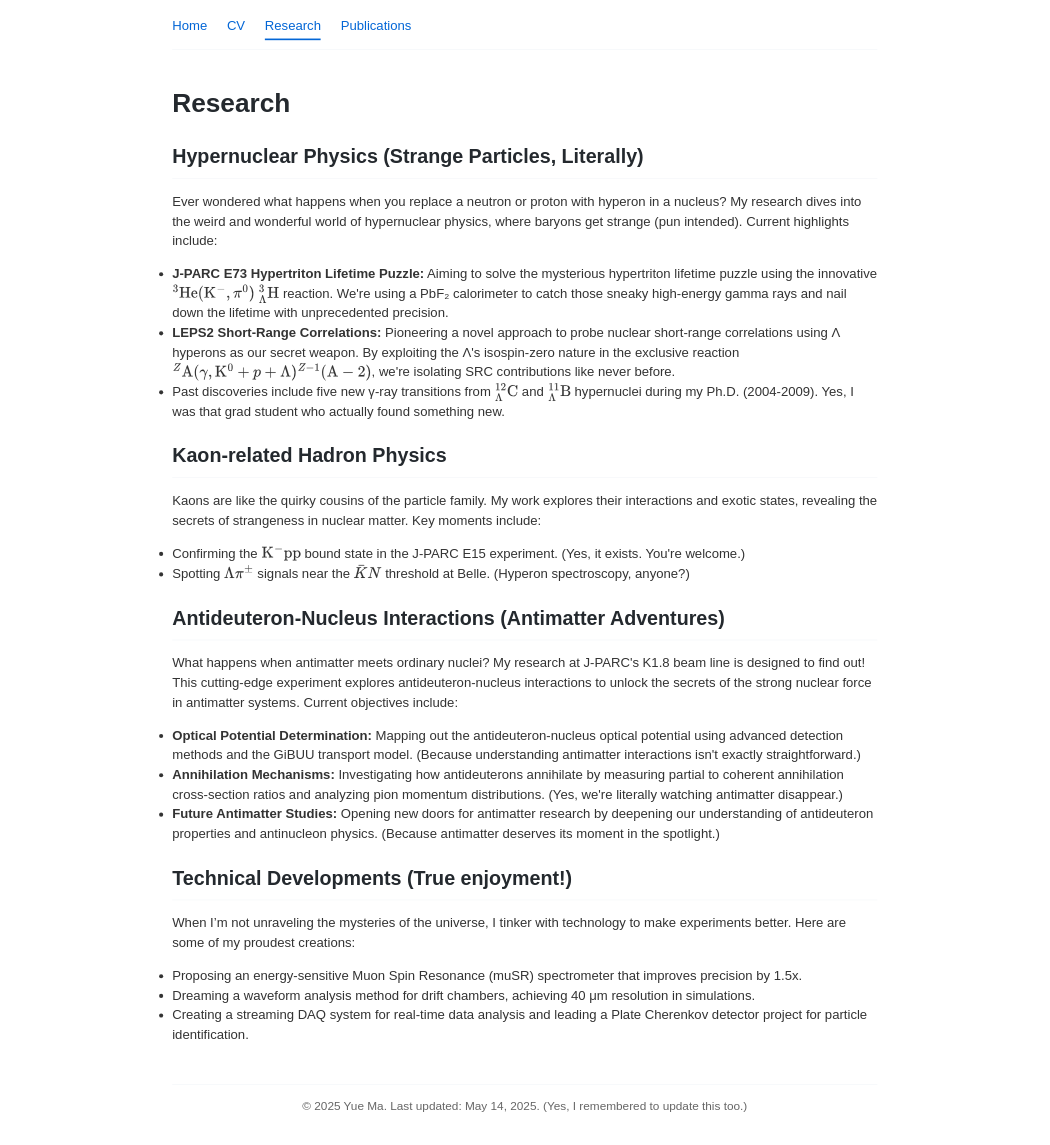
Repository: ymaphys/ymaphys.github.io
Page: research.html
These files come from the project's save history. The page is drawn as it stood at one moment and after the next save; the edit follows.
The browser window is 1280 px wide. The pictures show the whole page, at 82% of full size.

Above is the page before, as saved 2025-05-30 07:39:29.
Console error: TypeError: Cannot set properties of null (setting 'textContent')

### research.html
<!DOCTYPE html>
<html lang="en">
<head>
    <meta charset="UTF-8">
    <meta name="viewport" content="width=device-width, initial-scale=1.0">
    <title>Research - Yue Ma</title>
    <link rel="stylesheet" href="assets/css/style.css">

    <!-- MathJax Configuration -->
    <script>
      MathJax = {
        tex: {
          inlineMath: [['$', '$'], ['\\(', '\\)']],
          displayMath: [['$$', '$$'], ['\\[', '\\]']]
        },
        svg: {
          fontCache: 'global'
        }
      };
    </script>

    <!-- Load MathJax -->
    <script
      type="text/javascript"
      id="MathJax-script"
      async
      src="https://cdn.jsdelivr.net/npm/mathjax@3/es5/tex-svg.js">
    </script>
</head>
<body>
    <header>
        <nav>
            <ul>
                <li><a href="index.html">Home</a></li>
                <li><a href="cv.html">CV</a></li>
                <li><a href="research.html" class="active">Research</a></li>
                <li><a href="publications.html">Publications</a></li>
            </ul>
        </nav>
    </header>

    <main>
        <h1>Research</h1>

        <section id="hypernuclear-physics">
            <h2>Hypernuclear Physics (Strange Particles, Literally)</h2>
            <p>
                Ever wondered what happens when you replace a neutron or proton with hyperon
                in a nucleus?
                My research dives into the weird and wonderful world of hypernuclear physics,
                where baryons get strange (pun intended). Current highlights include:
            </p>
            <ul>
                <li>
                    <strong>J-PARC E73 Hypertriton Lifetime Puzzle:</strong> Aiming to solve the
                    mysterious hypertriton lifetime puzzle using the innovative
                    <span class="math inline">$^3\mathrm{He}(\mathrm{K}^-, \pi^0)$ $_\Lambda^3\mathrm{H}$</span>
                    reaction. We're using a PbF₂ calorimeter to catch those sneaky high-energy gamma rays
                    and nail down the lifetime with unprecedented precision.
                </li>
                <li>
                    <strong>LEPS2 Short-Range Correlations:</strong> Pioneering a novel approach to probe
                    nuclear short-range correlations using Λ hyperons as our secret weapon. By exploiting
                    the Λ's isospin-zero nature in the exclusive reaction
                    <span class="math inline">$^Z\mathrm{A}(\gamma, \mathrm{K}^0 + p + \Lambda)^{Z-1}(\mathrm{A}-2)$</span>,
                    we're isolating SRC contributions like never before.
                </li>
                <li>
                    Past discoveries include five new γ-ray transitions from
                    <span class="math inline">${}_{\Lambda}^{12}\mathrm{C}$</span> and
                    <span class="math inline">${}_{\Lambda}^{11}\mathrm{B}$</span> hypernuclei
                    during my Ph.D. (2004-2009). Yes, I was that grad student who actually found
                    something new.
                </li>
            </ul>
        </section>

        <section id="kaon-related-hadron-physics">
            <h2>Kaon-related Hadron Physics</h2>
            <p>
                Kaons are like the quirky cousins of the particle family. My work explores their
                interactions and exotic states, revealing the secrets of strangeness in nuclear
                matter. Key moments include:
            </p>
            <ul>
                <li>
                    Confirming the <span class="math inline">$\mathrm{K}^{-} \mathrm{pp}$</span>
                    bound state in the J-PARC E15 experiment. (Yes, it exists. You're welcome.)
                </li>
                <li>
                    Spotting <span class="math inline">$\Lambda \pi^{\pm}$</span> signals near the
                    <span class="math inline">$\bar{K}N$</span> threshold at Belle.
                    (Hyperon spectroscopy, anyone?)
                </li>
            </ul>
        </section>

        <section id="antideuteron-experiment">
            <h2>Antideuteron-Nucleus Interactions (Antimatter Adventures)</h2>
            <p>
                What happens when antimatter meets ordinary nuclei? My research at J-PARC's K1.8 beam line
                is designed to find out! This cutting-edge experiment explores antideuteron-nucleus interactions
                to unlock the secrets of the strong nuclear force in antimatter systems. Current objectives include:
            </p>
            <ul>
                <li>
                    <strong>Optical Potential Determination:</strong> Mapping out the antideuteron-nucleus
                    optical potential using advanced detection methods and the GiBUU transport model.
                    (Because understanding antimatter interactions isn't exactly straightforward.)
                </li>
                <li>
                    <strong>Annihilation Mechanisms:</strong> Investigating how antideuterons annihilate
                    by measuring partial to coherent annihilation cross-section ratios and analyzing
                    pion momentum distributions. (Yes, we're literally watching antimatter disappear.)
                </li>
                <li>
                    <strong>Future Antimatter Studies:</strong> Opening new doors for antimatter research
                    by deepening our understanding of antideuteron properties and antinucleon physics.
                    (Because antimatter deserves its moment in the spotlight.)
                </li>
            </ul>
        </section>

        <section id="technical-developments">
            <h2>Technical Developments (True enjoyment!)</h2>
            <p>
                When I’m not unraveling the mysteries of the universe, I tinker with technology
                to make experiments better. Here are some of my proudest creations:
            </p>
            <ul>
                <li>
                    Proposing an energy-sensitive Muon Spin Resonance (muSR) spectrometer that
                    improves precision by 1.5x.
                </li>
                <li>
                    Dreaming a waveform analysis method for drift chambers, achieving 40 μm
                    resolution in simulations.
                </li>
                <li>
                    Creating a streaming DAQ system for real-time data analysis and leading a
                    Plate Cherenkov detector project for particle identification.
                </li>
            </ul>
        </section>

    </main>

    <footer>
        <p>
            &copy; 2025 Yue Ma. Last updated: May 14, 2025.
            (Yes, I remembered to update this too.)
        </p>
    </footer>

    <script src="assets/js/script.js"></script>
</body>
</html>

### assets/css/style.css
/* Minimalist style based on test.html */
* {
    margin: 0;
    padding: 0;
    box-sizing: border-box;
}

body {
    font-family: Arial, sans-serif;
    max-width: 900px;
    margin: 0 auto;
    padding: 20px;
    color: #333;
    line-height: 1.5;
}

h1, h2, h3, h4, h5, h6 {
    color: #24292e;
    margin: 1.5rem 0 1rem;
}

h1 {
    font-size: 2rem;
    margin-top: 0;
}

h2 {
    font-size: 1.5rem;
    border-bottom: 1px solid #f6f8fa;
    padding-bottom: 0.5rem;
}

p {
    margin-bottom: 1rem;
}

a {
    color: #0366d6;
    text-decoration: none;
}

a:hover {
    text-decoration: underline;
}

/* Navigation */
nav {
    margin-bottom: 2.5rem;
    border-bottom: 1px solid #f6f8fa;
    padding-bottom: 1rem;
}

nav ul {
    display: flex;
    list-style: none;
    gap: 1.5rem;
}

nav a {
    padding: 0.5rem 0;
    font-weight: 500;
    position: relative;
}

nav a.active, nav a:hover {
    color: #0366d6;
}

nav a.active::after {
    content: '';
    position: absolute;
    bottom: -1px;
    left: 0;
    width: 100%;
    height: 2px;
    background-color: #0366d6;
}

/* Profile */
.profile {
    display: flex;
    gap: 2rem;
    margin-bottom: 2rem;
    align-items: center;
}

.profile-image img {
    width: 150px;
    height: 150px;
    border-radius: 4px;
    object-fit: cover;
}

/* Content blocks */
pre {
    background-color: #f6f8fa;
    padding: 16px;
    overflow: auto;
    border-radius: 3px;
    margin-bottom: 1.5rem;
}

code {
    background-color: #f6f8fa;
    padding: 0.2em 0.4em;
    margin: 0;
    font-size: 110%;
    border-radius: 3px;
}

pre code {
    padding: 0;
    border-radius: 0;
}

/* Publications */
.publication-list {
    list-style: none;
}

.publication-list li {
    margin-bottom: 1.5rem;
    padding-bottom: 1rem;
    border-bottom: 1px solid #f6f8fa;
}

.publication-title {
    font-weight: 600;
}

/* Footer */
footer {
    margin-top: 3rem;
    padding-top: 1rem;
    border-top: 1px solid #f6f8fa;
    text-align: center;
    font-size: 0.9rem;
    color: #666;
}

/* Responsive */
@media (max-width: 768px) {
    .profile {
        flex-direction: column;
    }

    nav ul {
        flex-wrap: wrap;
    }
}

### assets/js/script.js
// Set current year in footer
document.getElementById('year').textContent = new Date().getFullYear();

// You can add more functionality here as needed

After the next save:
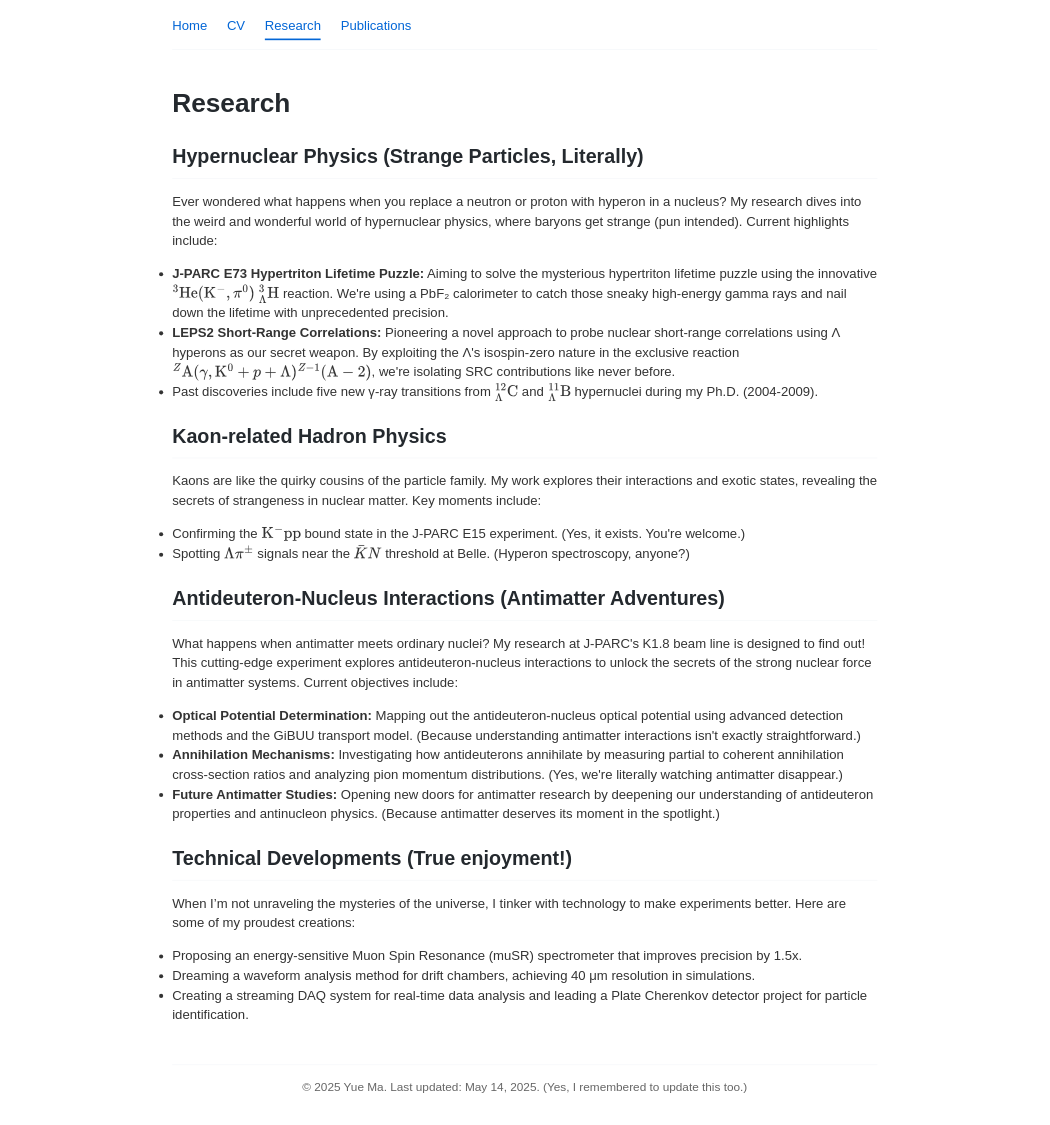
Saved 22 s later.
--- a/research.html
+++ b/research.html
@@ -69,8 +69,7 @@
                     Past discoveries include five new γ-ray transitions from
                     <span class="math inline">${}_{\Lambda}^{12}\mathrm{C}$</span> and
                     <span class="math inline">${}_{\Lambda}^{11}\mathrm{B}$</span> hypernuclei
-                    during my Ph.D. (2004-2009). Yes, I was that grad student who actually found
-                    something new.
+                    during my Ph.D. (2004-2009).
                 </li>
             </ul>
         </section>
